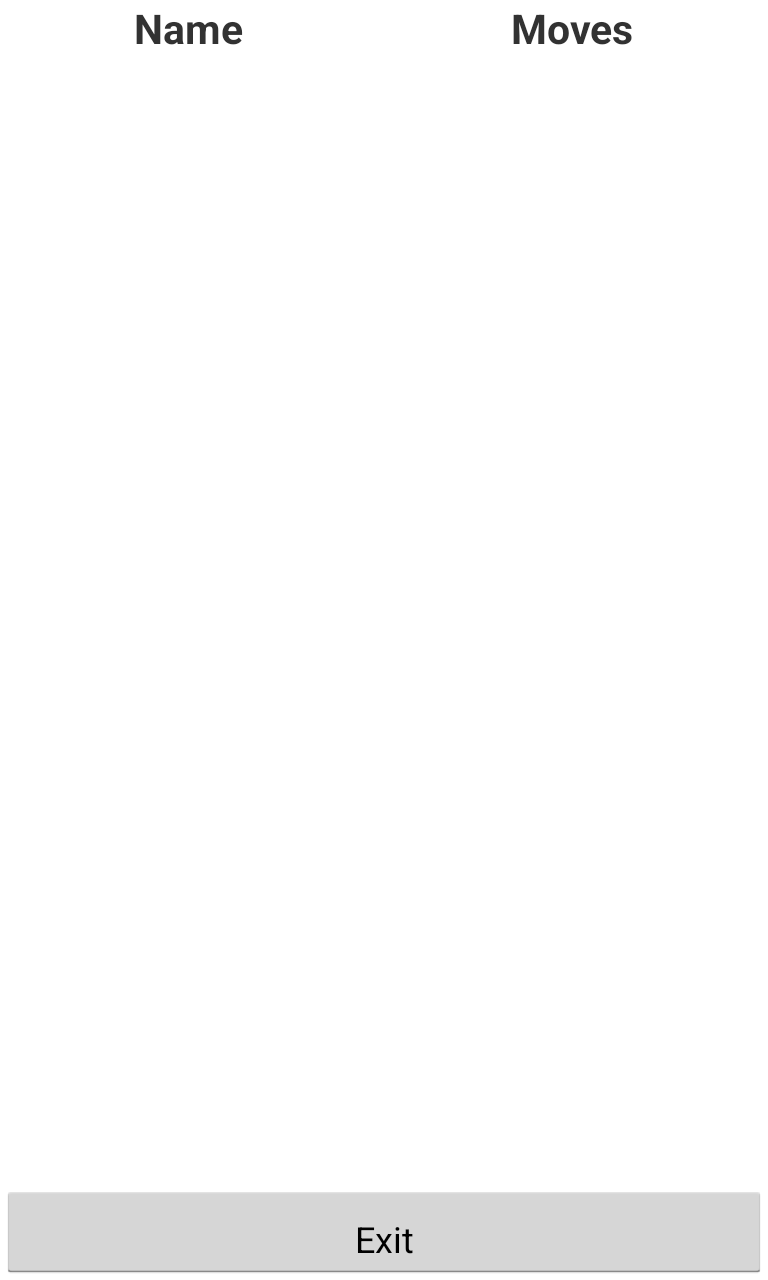
Repository: rickydalziel/project
Layout: Numbersorter/res/layout/activity_leaderboard.xml
An editor plug-in stored every save of this project. The layout is shown before and after the next save, followed by the edit.
It is drawn on a 768 x 1280 px phone screen (xhdpi) without system bars, with theme AppTheme; the app's code is not run.

Above is the layout before, as saved 2013-03-14 14:05:10.

### Numbersorter/res/layout/activity_leaderboard.xml
<LinearLayout xmlns:android="http://schemas.android.com/apk/res/android"
    xmlns:tools="http://schemas.android.com/tools"
    android:layout_width="match_parent"
    android:layout_height="match_parent"
    tools:context=".LeaderboardActivity"
	android:orientation="vertical">


    <ScrollView
    android:layout_width="fill_parent"
    android:layout_height="fill_parent"
    android:scrollbars="none"
    android:layout_weight="1">
    <TableLayout
        xmlns:android="http://schemas.android.com/apk/res/android"
        android:id="@+id/leaderboard"
        android:layout_width="fill_parent"
        android:layout_height="fill_parent"
        android:stretchColumns="0,1" >

        <TableRow>

            <TextView
                android:id="@+id/name_header"
                android:layout_width="fill_parent"
                android:layout_height="wrap_content"
                android:layout_gravity="center"
                android:text="@string/name"
                android:textSize="20.5sp"
                android:textStyle="bold" />

            <TextView
                android:id="@+id/score_header"
                android:layout_width="fill_parent"
                android:layout_height="wrap_content"
                android:layout_gravity="center"
                android:text="@string/moves"
                android:textSize="20.5sp"
                android:textStyle="bold" />
        </TableRow>
    </TableLayout>
    </ScrollView>

            <Button
            android:id="@+id/leaderboard_exit_button"
            android:layout_width="fill_parent"
            android:layout_height="wrap_content"
            android:layout_gravity="center"
            android:onClick="exitGamePressed"
            android:text="@string/exit_game"
            android:paddingTop="15dp"
            />

</LinearLayout>

### Numbersorter/res/values/strings.xml
<?xml version="1.0" encoding="utf-8"?>
<resources>

    <!-- Main menu strings -->

    <string name="app_name">Numbersorter</string>
    <string name="main_menu">Main Menu</string>
    <string name="menu_settings">Settings</string>
    <string name="title_activity_main">Number Sorter</string>
    <string name="new_game">New Game</string>
    <string name="continue_game">Continue</string>
    <string name="about">About</string>
    <string name="exit_game">Exit</string>
    <string name="enter">Enter</string>

    <!-- About scree strings -->

    <string name="about_app">About Numbersorter</string>
    <string name="about_text">	    Numbersorter is a program written and desgned by Ricky Dalziel, for his 4th year honours project.
	    The aim of the game is to swipe a mxn grid of numbers into position so that they read from 1 - (m*n).
	</string>
    <string name="hello_world">Hello world!</string>
    <string name="title_activity_about">AboutActivity</string>

    <!-- New game dialog strings -->

    <string name="newgametext">Please select a board width and height</string>
    <string name="height">Height</string>
    <string name="width">Width</string>
    <string name="cancel">Cancel</string>

    <!-- Array options for the dialog box -->

    <string-array name="size_array">
        <item>3</item>
        <item>4</item>
        <item>5</item>
        <item>6</item>
    </string-array>

    <string name="title_activity_game">Game</string>
    <string name="title_activity_unsolve_dialog">Unsolveable?</string>
    <string name="unsolveable">Are you sure this grid is unsolvable? (WARNING -  will end current game)</string>
    <string name="yes">Yes</string>
    <string name="no">No</string>
    <string name="title_activity_unsolve_outcome">UnsolveOutcome</string>
    <string name="title_activity_quit">QuitActivity</string>
    <string name="title_activity_win">WinActivity</string>
    <string name="wintext">Congratulations! You solved the grid! Please enter your name below:</string>
    <string name="enter_name">Enter name</string>


    <string name="title_activity_leaderboard">Leaderboard</string>
    <string name="name">Name</string>
    <string name="moves">Moves</string>

</resources>

Loaded but not shown: Numbersorter/res/values-v11/styles.xml (common file); Numbersorter/res/values-v14/styles.xml (common file); Numbersorter/res/values/styles.xml (common file)

After the next save:
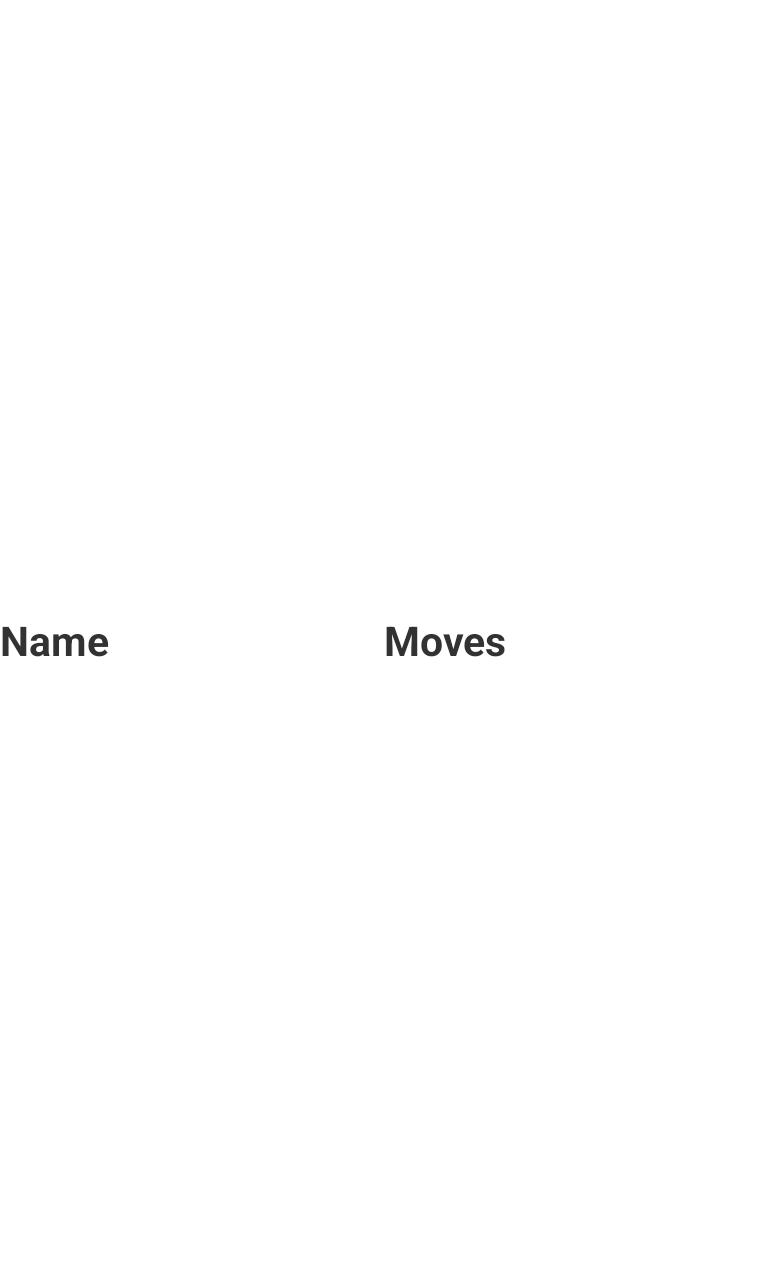
Saved 2 min 55 s later.
--- a/Numbersorter/res/layout/activity_leaderboard.xml
+++ b/Numbersorter/res/layout/activity_leaderboard.xml
@@ -2,53 +2,59 @@
     xmlns:tools="http://schemas.android.com/tools"
     android:layout_width="match_parent"
     android:layout_height="match_parent"
-    tools:context=".LeaderboardActivity"
-	android:orientation="vertical">
+    android:orientation="vertical"
+    tools:context=".LeaderboardActivity" >
 
+    <LinearLayout
+        android:layout_width="match_parent"
+        android:layout_height="match_parent"
+        android:orientation="horizontal"
+        tools:context=".LeaderboardActivity" >
 
-    <ScrollView
-    android:layout_width="fill_parent"
-    android:layout_height="fill_parent"
-    android:scrollbars="none"
-    android:layout_weight="1">
-    <TableLayout
-        xmlns:android="http://schemas.android.com/apk/res/android"
-        android:id="@+id/leaderboard"
-        android:layout_width="fill_parent"
-        android:layout_height="fill_parent"
-        android:stretchColumns="0,1" >
-
-        <TableRow>
-
-            <TextView
-                android:id="@+id/name_header"
-                android:layout_width="fill_parent"
-                android:layout_height="wrap_content"
-                android:layout_gravity="center"
-                android:text="@string/name"
-                android:textSize="20.5sp"
-                android:textStyle="bold" />
-
-            <TextView
-                android:id="@+id/score_header"
-                android:layout_width="fill_parent"
-                android:layout_height="wrap_content"
-                android:layout_gravity="center"
-                android:text="@string/moves"
-                android:textSize="20.5sp"
-                android:textStyle="bold" />
-        </TableRow>
-    </TableLayout>
-    </ScrollView>
-
-            <Button
-            android:id="@+id/leaderboard_exit_button"
+        <TextView
+            android:id="@+id/name_header"
             android:layout_width="fill_parent"
             android:layout_height="wrap_content"
             android:layout_gravity="center"
-            android:onClick="exitGamePressed"
-            android:text="@string/exit_game"
-            android:paddingTop="15dp"
-            />
+            android:text="@string/name"
+            android:textSize="20.5sp"
+            android:textStyle="bold"
+            android:layout_weight="1" />
+
+        <TextView
+            android:id="@+id/score_header"
+            android:layout_width="fill_parent"
+            android:layout_height="wrap_content"
+            android:layout_gravity="center"
+            android:text="@string/moves"
+            android:textSize="20.5sp"
+            android:textStyle="bold"
+            android:layout_weight="1"/>
+    </LinearLayout>
+
+    <ScrollView
+        android:layout_width="fill_parent"
+        android:layout_height="fill_parent"
+        android:layout_weight="1"
+        android:scrollbars="none" >
+
+        <TableLayout
+            xmlns:android="http://schemas.android.com/apk/res/android"
+            android:id="@+id/leaderboard"
+            android:layout_width="fill_parent"
+            android:layout_height="fill_parent"
+            android:stretchColumns="0,1" >
+        </TableLayout>
+
+    </ScrollView>
+
+    <Button
+        android:id="@+id/leaderboard_exit_button"
+        android:layout_width="fill_parent"
+        android:layout_height="wrap_content"
+        android:layout_gravity="center"
+        android:onClick="exitGamePressed"
+        android:paddingTop="15dp"
+        android:text="@string/exit_game" />
 
 </LinearLayout>

After the 2 saves that followed:
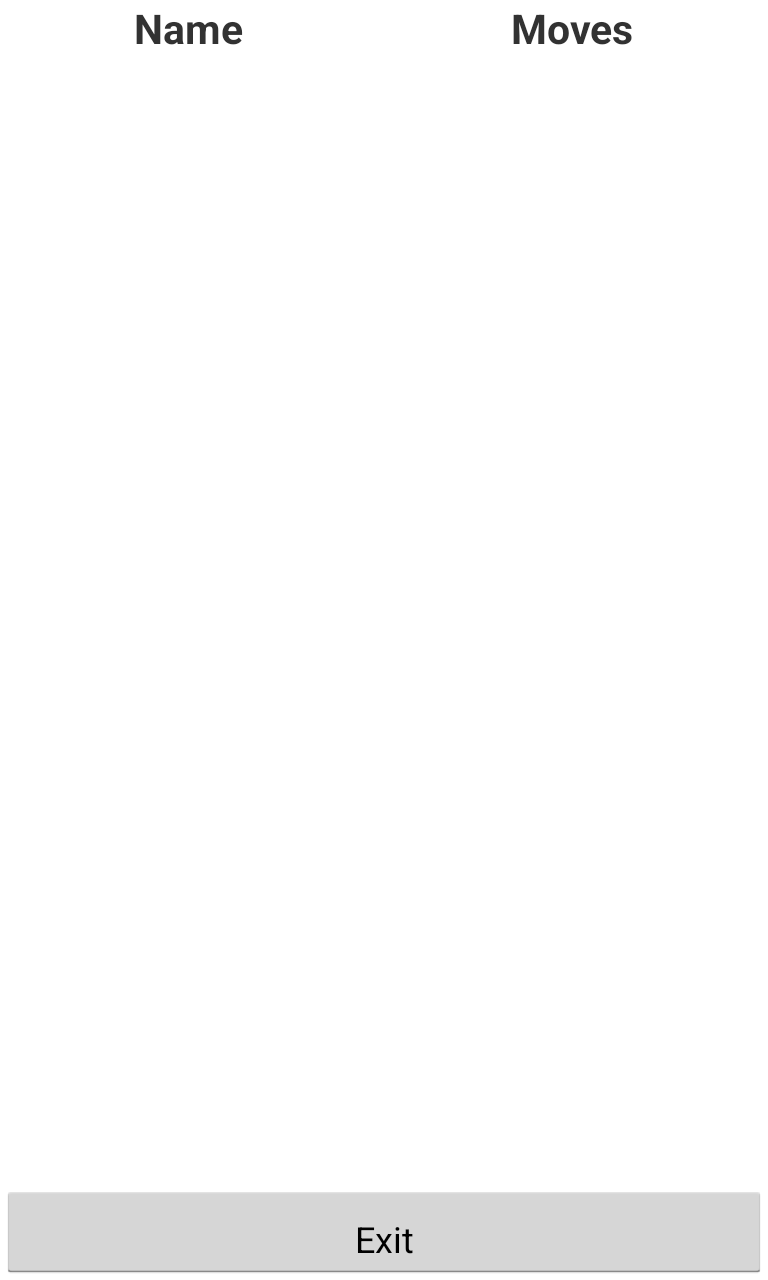
The 2 saves are shown as one change because 1 left the picture as it was.
The last was saved 2 min 21 s later.
--- a/Numbersorter/res/layout/activity_leaderboard.xml
+++ b/Numbersorter/res/layout/activity_leaderboard.xml
@@ -2,59 +2,53 @@
     xmlns:tools="http://schemas.android.com/tools"
     android:layout_width="match_parent"
     android:layout_height="match_parent"
-    android:orientation="vertical"
-    tools:context=".LeaderboardActivity" >
+    tools:context=".LeaderboardActivity"
+	android:orientation="vertical">
 
-    <LinearLayout
-        android:layout_width="match_parent"
-        android:layout_height="match_parent"
-        android:orientation="horizontal"
-        tools:context=".LeaderboardActivity" >
 
-        <TextView
-            android:id="@+id/name_header"
+    <ScrollView
+    android:layout_width="fill_parent"
+    android:layout_height="fill_parent"
+    android:scrollbars="none"
+    android:layout_weight="1">
+    <TableLayout
+        xmlns:android="http://schemas.android.com/apk/res/android"
+        android:id="@+id/leaderboard"
+        android:layout_width="fill_parent"
+        android:layout_height="fill_parent"
+        android:stretchColumns="0,1" >
+
+        <TableRow>
+
+            <TextView
+                android:id="@+id/name_header"
+                android:layout_width="fill_parent"
+                android:layout_height="wrap_content"
+                android:layout_gravity="center"
+                android:text="@string/name"
+                android:textSize="20.5sp"
+                android:textStyle="bold" />
+
+            <TextView
+                android:id="@+id/score_header"
+                android:layout_width="fill_parent"
+                android:layout_height="wrap_content"
+                android:layout_gravity="center"
+                android:text="@string/moves"
+                android:textSize="20.5sp"
+                android:textStyle="bold" />
+        </TableRow>
+    </TableLayout>
+    </ScrollView>
+
+            <Button
+            android:id="@+id/leaderboard_exit_button"
             android:layout_width="fill_parent"
             android:layout_height="wrap_content"
             android:layout_gravity="center"
-            android:text="@string/name"
-            android:textSize="20.5sp"
-            android:textStyle="bold"
-            android:layout_weight="1" />
-
-        <TextView
-            android:id="@+id/score_header"
-            android:layout_width="fill_parent"
-            android:layout_height="wrap_content"
-            android:layout_gravity="center"
-            android:text="@string/moves"
-            android:textSize="20.5sp"
-            android:textStyle="bold"
-            android:layout_weight="1"/>
-    </LinearLayout>
-
-    <ScrollView
-        android:layout_width="fill_parent"
-        android:layout_height="fill_parent"
-        android:layout_weight="1"
-        android:scrollbars="none" >
-
-        <TableLayout
-            xmlns:android="http://schemas.android.com/apk/res/android"
-            android:id="@+id/leaderboard"
-            android:layout_width="fill_parent"
-            android:layout_height="fill_parent"
-            android:stretchColumns="0,1" >
-        </TableLayout>
-
-    </ScrollView>
-
-    <Button
-        android:id="@+id/leaderboard_exit_button"
-        android:layout_width="fill_parent"
-        android:layout_height="wrap_content"
-        android:layout_gravity="center"
-        android:onClick="exitGamePressed"
-        android:paddingTop="15dp"
-        android:text="@string/exit_game" />
+            android:onClick="exitGamePressed"
+            android:text="@string/exit_game"
+            android:paddingTop="15dp"
+             />
 
 </LinearLayout>
